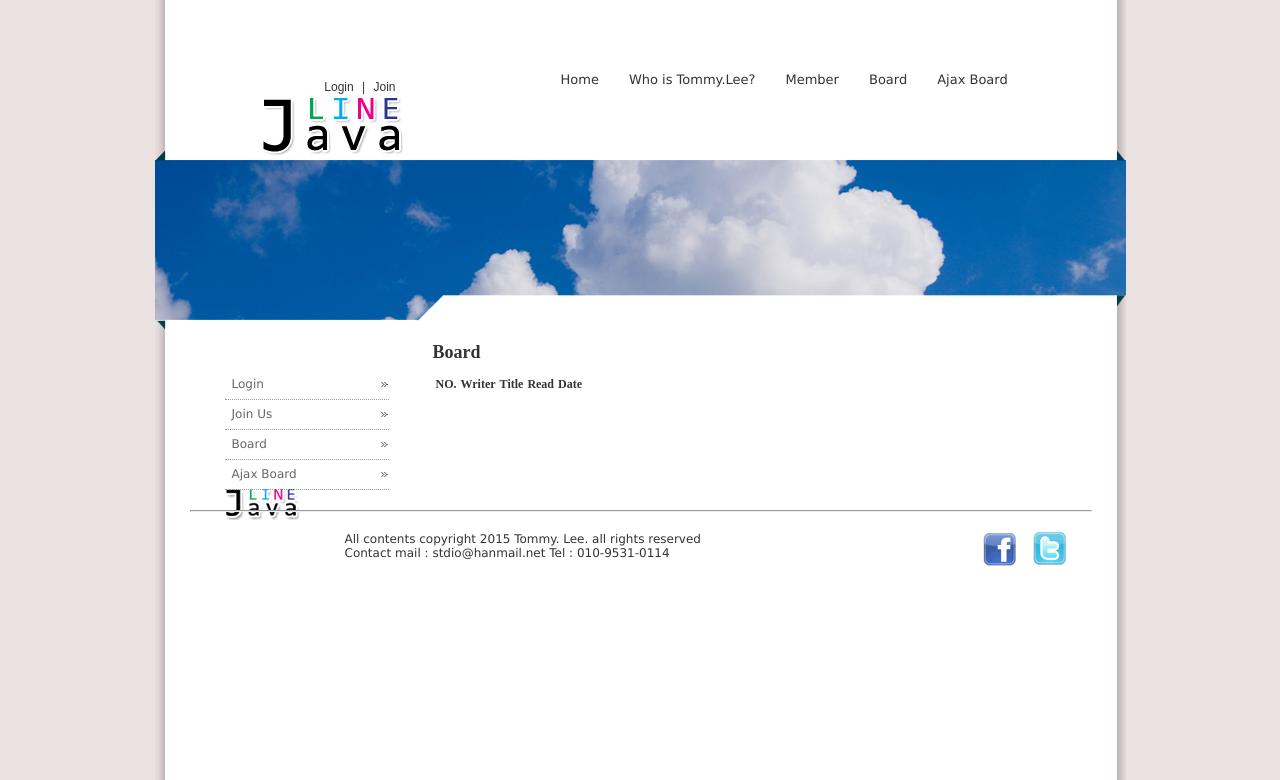
Repository: JIYEON25/HTML-CSS-JS
Page: http://localhost/myHTML/
These files come from the project's save history. The page is drawn as it stood at one moment and after the next save; the edit follows.
The browser window is 1280 px wide. The pictures show the whole page.
The page is served by Tomcat 9.

Above is the page before, as saved 2023-09-07 02:04:30.

After the next save:
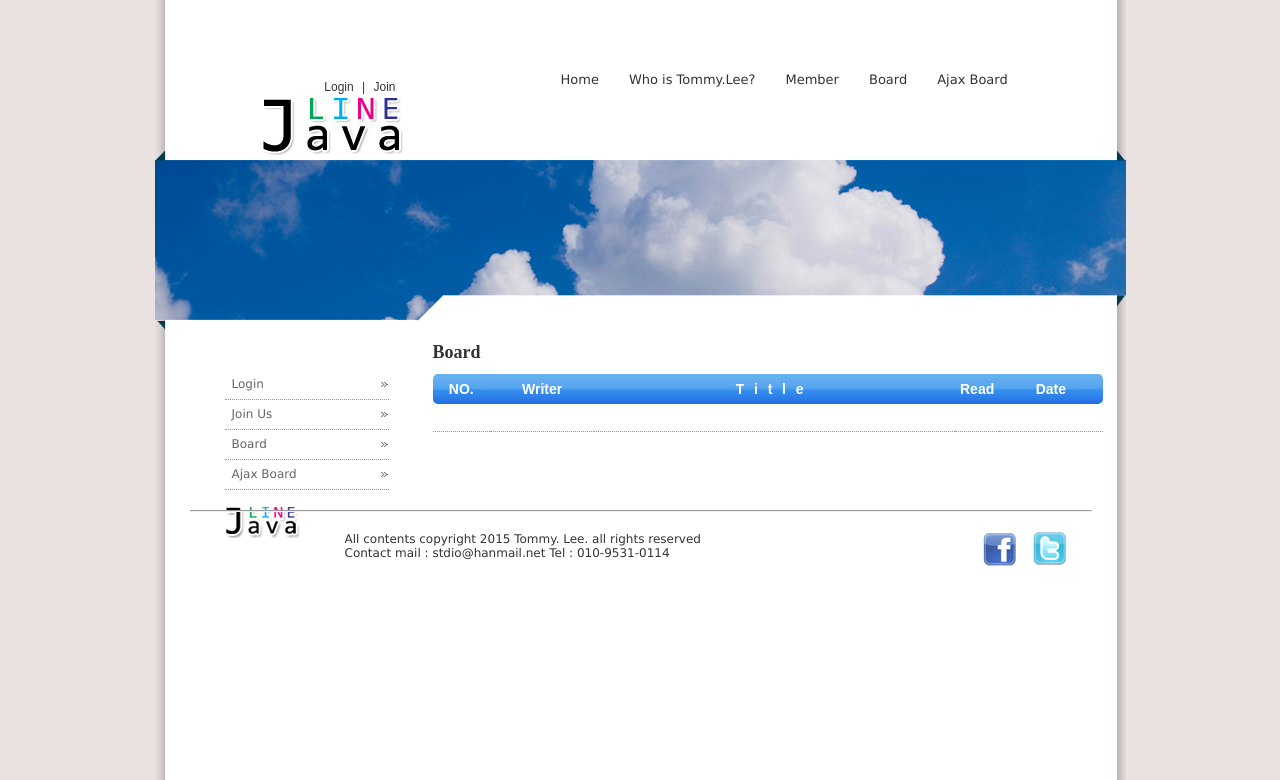
Saved 64 s later.
--- a/myJSP/myHTML/src/main/webapp/css/subpage.css
+++ b/myJSP/myHTML/src/main/webapp/css/subpage.css
@@ -1 +1,54 @@
 @charset "UTF-8";
+
+article table#board{
+	width:670px; border-collapse:collapse;
+}
+
+article table#board th{
+	text-align:center;
+	height:20px; /* 전체 높이를 지정 */
+	text-transform:capitalize; /* 영문 첫글자를 대문자로 */
+	font-size: 14px; /* 글꼴 사이즈 지정 */
+	font-family: sans-serif, "맑은 고딕", "돋움"; /* 글꼴 모양 지정 */
+	font-weight:bold; /* 글꼴 두께 지정 */
+	padding:5px; /* 글꼴과 전체 셀과의 간격 미세 조정 */
+	background-repeat:repeat-x;
+	background-position:center center;
+	background-image:url(../images/t_back.jpg); /* 배경 지정 */
+	color:#FFF; /* 글꼴 색 지정 */
+}
+
+article table#board td{
+	text-align:center; padding:6px 0;
+	border-bottom-width:1px;
+	border-bottom-style:dotted;
+	border-bottom-color:#999;
+}
+
+article table#board td.left{
+	text-align:left;
+}
+
+article th.tno{
+	border-top-left-radius:5px;
+	border-bottom-left-radius:5px;
+	width:50px;
+}
+
+article th.twriter{
+	width:100px;
+}
+
+article th.ttitle{
+	width:380px; letter-spacing:0.7em;
+}
+
+article th.tread{
+	width:30px;
+}
+
+article th.tdate{
+	border-top-right-radius:5px;
+	border-bottom-right-radius:5px;
+	width:100px;
+}
